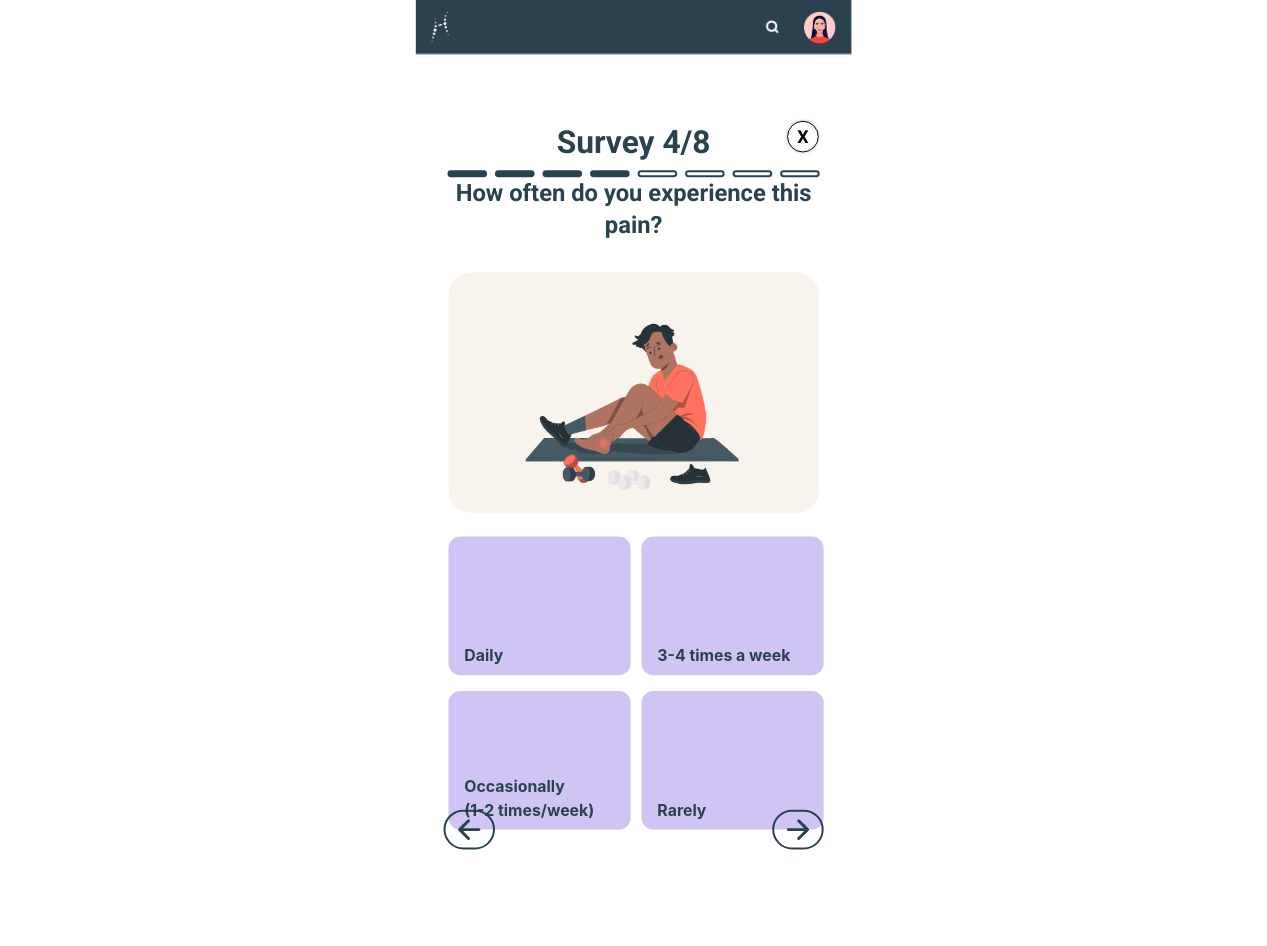
Repository: patcha-d3/heal_u
Page: /onboarding/step-two
An editor plug-in stored every save of this project. The page is shown before and after the next save, followed by the edit.
The browser window is 1280 px wide. The pictures show the whole page, at 99% of full size.
The project was rebuilt for these pictures with package versions that can differ from the ones it lists, and the page was loaded fresh each time. The framework's server and built-in components were replaced by stand-ins that run in the browser. Also part of the build but not shown: next.config.js, next.config.mjs, ui/Bottomnav/Bottomnav.module.css, ui/Bottomnav/Bottomnav.js, ui/SurveyProgress/Surveyprogress.css.

Above is the page before, as saved 2025-05-16 21:08:40.

### app/layout.js
"use client";

import { Geist, Geist_Mono } from "next/font/google";
import { Roboto } from "next/font/google";
import "./globals.css";
import { usePathname } from "next/navigation";
import { jsx as _jsxDEV } from "react/jsx-dev-runtime";
import { Fragment as _Fragment } from "react/jsx-runtime";
import { jsxs as _jsxsDEV } from "react/jsx-dev-runtime";
import TopNav from "@ui/Topnav/Topnav";
import Bottomnav from "@ui/Bottomnav/Bottomnav";
import { ThemeProvider, useTheme } from "@context/ThemeContext";

const geistSans = Geist({
	variable: "--font-geist-sans",
	subsets: ["latin"],
});

const geistMono = Geist_Mono({
	variable: "--font-geist-mono",
	subsets: ["latin"],
});

const roboto = Roboto({
	weight: ["300", "400", "500", "700"],
	subsets: ["latin"],
	display: "swap",
});

function ThemedContainer({ children }) {
	const { theme } = useTheme();
	const pathname = usePathname();
	const isHome = pathname === "/home";
	const isStepOne = pathname === "/onboarding/step-one";
	const isReDiagnoseFirst = pathname === "/re-diagnose";
	const bgColor =
		isHome || isStepOne || isReDiagnoseFirst
			? "#29424D"
			: theme === "dark"
			? "#29424D"
			: "#FFFFFF";
	return (
		<div className='min-h-screen w-full flex items-center justify-center'>
			<div
				className={`w-[440px] h-[956px] relative flex flex-col`}
				style={{ background: bgColor }}
			>
				{children}
			</div>
		</div>
	);
}

export default function RootLayout({ children }) {
	const pathname = usePathname();
	const isHome = pathname === "/home";
	const hideNav = pathname.startsWith("/plandetail");
	const showBottomNav =
		!pathname?.includes("/onboarding") &&
		!pathname?.startsWith("/recovery-plan/step-one") &&
		!pathname?.startsWith("/recovery-plan/step-two") &&
		!pathname?.startsWith("/recovery-plan/step-three") &&
		!pathname?.startsWith("/recovery-plan/step-four");
	const isStepOne = pathname?.includes("/onboarding/step-one");
	const isStepTwo = pathname?.includes("/onboarding/step-two");
	const isRecoveryStepOne = pathname?.includes("/recovery-plan/step-one");
	const isRecoveryStepTwo = pathname?.includes("/recovery-plan/step-two");
	const isStepThree = pathname?.includes("/onboarding/step-three");
	const isStepFour = pathname?.includes("/onboarding/step-four");
	const isReDiagnoseFirst = pathname === "/re-diagnose";

	return (
		<html lang='en'>
			<body
				className={`${geistSans.variable} ${geistMono.variable} ${roboto.className} antialiased`}
				suppressHydrationWarning
			>
				<ThemeProvider>
					<ThemedContainer>
						{!hideNav && (
							<TopNav
								isHome={isHome}
							/>
						)}
						<main className='flex-1 overflow-y-auto flex items-center justify-center'>
							{children}
						</main>
						{showBottomNav && (
							<div className='absolute bottom-0 left-0 right-0'>
								<Bottomnav />
							</div>
						)}
					</ThemedContainer>
				</ThemeProvider>
			</body>
		</html>
	);
}

### app/onboarding/step-two/page.js
"use client";

import React, { useState } from "react";
import ButtonSurvey from "@ui/Button-survey/Button-survey";
import Image from "next/image";
import ExitChip from "@ui/Exitchip/Exitchip";
import SurveyProgress from "@ui/SurveyProgress/SurveyProgress";
import ButtonBack from "@ui/Button-back/Button-back";
import ButtonForward from "@ui/Button-forward/Button-forward";
import { useRouter } from "next/navigation";

export default function RootPage() {
	const [selected, setSelected] = useState(null);
	const currentStep = 4;
	const totalSteps = 8;
	const router = useRouter();

	return (
		<div className='w-[406px] h-[800px] relative'>
			<ExitChip className='absolute top-[16px] right-[16px]' />
			<div className='absolute bottom-[48px] left-0 right-0 flex justify-between px-[11px]'>
				<ButtonBack
					onClick={() =>
						router.push(
							"/onboarding/step-one"
						)
					}
				/>
				<ButtonForward
					onClick={() =>
						router.push(
							"/onboarding/step-four"
						)
					}
				/>
			</div>
			<main className='h-full flex flex-col px-4 py-[18px]'>
				<SurveyProgress
					currentStep={currentStep}
					totalSteps={totalSteps}
				/>
				<h2 className='text-2xl font-semibold text-[#29424D] text-center'>
					How often do you experience this pain?
				</h2>

				{/* Image and Button Wrapper */}
				<div className='flex flex-col items-center gap-6 mt-8'>
					<Image
						src='/assets/survey-img.png'
						alt='Survey'
						width={400}
						height={260}
						className='rounded-lg'
					/>

					<div className='grid grid-cols-2 gap-4'>
						<ButtonSurvey
							label='Daily'
							active={
								selected ===
								"Daily"
							}
							onClick={() =>
								setSelected(
									"Daily"
								)
							}
						/>
						<ButtonSurvey
							label='3-4 times a week'
							active={
								selected ===
								"3-4 times a week"
							}
							onClick={() =>
								setSelected(
									"3-4 times a week"
								)
							}
						/>
						<ButtonSurvey
							label={
								<>
									Occasionally
									<br />
									(1-2
									times/week)
								</>
							}
							active={
								selected ===
								"Occasionally (1-2 times/week)"
							}
							onClick={() =>
								setSelected(
									"Occasionally (1-2 times/week)"
								)
							}
						/>
						<ButtonSurvey
							label='Rarely'
							active={
								selected ===
								"Rarely"
							}
							onClick={() =>
								setSelected(
									"Rarely"
								)
							}
						/>
					</div>
				</div>
			</main>
		</div>
	);
}

### ui/Topnav/Topnav.js
"use client";

import React, { useState } from "react";
import styles from "./TopNav.module.css";

export default function TopNav() {
	const [showSearch, setShowSearch] = useState(false);
	const [hasNotification, setHasNotification] = useState(false);

	return (
		<header
			className={styles.topBar}
			style={{
				borderBottom:
					"1px solid rgba(255, 255, 255, 0.5)",
			}}
		>
			<a href='/' className={styles.logoContainer}>
				<img
					src='/assets/logo.png'
					alt='Logo'
					className={styles.logoImg}
				/>
			</a>

			<div className={styles.iconContainer}>
				<div className={styles.searchWrapper}>
					{showSearch && (
						<div
							className={
								styles.searchBox
							}
						>
							<input
								type='text'
								className={
									styles.searchInput
								}
								placeholder='Search...'
								autoFocus
							/>
						</div>
					)}
					<img
						src='/assets/search.png'
						alt='Search'
						className={`${styles.iconImg} ${
							showSearch
								? styles.dark
								: ""
						}`}
						onClick={() =>
							setShowSearch(
								!showSearch
							)
						}
					/>
				</div>

				<div className={styles.avatarContainer}>
					<img
						src={
							hasNotification
								? "/assets/avatar-notification.png"
								: "/assets/avatar.png"
						}
						alt='Avatar'
						className={styles.avatarImg}
					/>
				</div>
			</div>
		</header>
	);
}

### context/ThemeContext.js
"use client";
import React, { createContext, useContext, useState, useEffect } from "react";

const ThemeContext = createContext();

export function ThemeProvider({ children }) {
	const [theme, setTheme] = useState("light");

	useEffect(() => {
		const stored =
			typeof window !== "undefined" &&
			localStorage.getItem("theme");
		if (stored) setTheme(stored);
	}, []);

	useEffect(() => {
		if (typeof window !== "undefined") {
			localStorage.setItem("theme", theme);
		}
	}, [theme]);

	return (
		<ThemeContext.Provider value={{ theme, setTheme }}>
			{children}
		</ThemeContext.Provider>
	);
}

export function useTheme() {
	return useContext(ThemeContext);
}

### ui/Button-survey/Button-survey.js
import React from 'react';
import styles from './Button-survey.module.css';


const ButtonSurvey = ({ label, active, onClick }) => (
  <button
    className={`${styles.surveyButton}${active ? ' ' + styles.active : ''}`}
    onClick={onClick}
  >
    {label}
  </button>
);

export default ButtonSurvey;

### ui/Exitchip/Exitchip.js
import styles from "./Exitchip.module.css";

export default function ExitChip({ className }) {
	return (
		<button className={`${styles.button} ${className || ""}`}>
			X
		</button>
	);
}

### ui/SurveyProgress/SurveyProgress.js
"use client";

import React from "react";
import "./SurveyProgress.css";

const SurveyProgress = ({ currentStep, totalSteps }) => {
	return (
		<div className='flex flex-col items-center gap-2'>
			<div className='text-[32px] leading-[40px] font-roboto font-bold text-[#29424D]'>
				Survey {currentStep}/{totalSteps}
			</div>
			<div className='flex gap-2'>
				{Array.from({ length: totalSteps }).map(
					(_, index) => (
						<div
							key={index}
							className={`w-10 h-[7px] rounded-lg ${
								index <
								currentStep
									? "bg-[#29424D]"
									: "border-2 border-[#29424D]"
							}`}
						/>
					)
				)}
			</div>
		</div>
	);
};

export default SurveyProgress;

### ui/Button-back/Button-back.js
"use client";

import React from "react";
import { IoArrowBack } from "react-icons/io5";
import styles from "./Button-back.module.css";

export default function ButtonBack({ onClick, className = "" }) {
	return (
		<button
			className={`${styles.backButton} ${className}`}
			onClick={onClick}
			aria-label='Go back'
			type='button'
		>
			<IoArrowBack className={styles.arrowIcon} />
		</button>
	);
}

### ui/Button-forward/Button-forward.js
"use client";

import React from "react";
import { IoArrowForward } from "react-icons/io5";
import styles from "./Button-forward.module.css";

export default function ButtonForward({ onClick, className = "" }) {
	return (
		<button
			className={`${styles.forwardButton} ${className}`}
			onClick={onClick}
			aria-label='Go forward'
			type='button'
		>
			<IoArrowForward className={styles.arrowIcon} />
		</button>
	);
}

### ui/Topnav/Topnav.module.css
.topBar {
	width: 440px;
	height: 55px;
	background-color: #2b414d;
	display: flex;
	align-items: center;
	justify-content: space-between;
	padding: 0 16px;
	margin: 0 auto;
	box-sizing: border-box;
	border-bottom: 1px solid #ffffff;
}

.logoImg {
	height: 30.56px;
	cursor: pointer;
}

.iconContainer {
	display: flex;
	align-items: center;
	gap: 16px;
}

.searchWrapper {
	display: flex;
	align-items: center;
	gap: 8px;
	position: relative;
}

.searchBox {
	background-color: white;
	width: 226px;
	height: 32px;
	border-radius: 24px;
	display: flex;
	align-items: center;
	padding: 0 5px;
	gap: 8px;
	transition: all 0.3s ease;
}

.searchInput {
	flex: 1;
	border: none;
	outline: none;
	font-size: 16px;
	background-color: transparent;
}

.iconImg {
	width: 32px;
	height: 32px;
	cursor: pointer;
	filter: brightness(200);
	transition: filter 0.3s ease;
}

.iconImg.dark {
	filter: brightness(0);
}

.avatarContainer {
	width: 32px;
	height: 34px;
	border-radius: 50%;
	overflow: hidden;
}

.avatarImg {
	width: 100%;
	height: 100%;
	object-fit: cover;
}

### ui/Button-survey/Button-survey.module.css
.surveyButton {
    background-color: #CFC4F4;
    color: #29424D;
    font-family: 'Inter', sans-serif;
    font-weight: bold;
    font-size: 16px;
    padding: 8px 16px;
    border: none;
    border-radius: 12px;
    cursor: pointer;
    transition: background-color 0.3s, color 0.3s;
    width: 184px;
    height: 140px;
    display: flex;
    align-items: flex-end;
    justify-content: flex-start;
    text-align: left;
}

.surveyButton.active {
    background-color: #29424D;
    color: #CFC4F4;
}

### ui/Exitchip/Exitchip.module.css
.button {
    background-color: white;
    color: black;
    border: 1px solid black;
    border-radius: 50%;
    width: 32px;
    height: 32px;
    font-size: 18px;
    font-weight: bold;
    text-align: center;
    cursor: pointer;
    box-shadow: 0 0 4px rgba(0,0,0,0.2);
    transition: all 0.2s ease-in-out;
    line-height: 28px;
    padding: 0;
  }

  .button:hover {
    background-color: #f0f0f0;
    border-color: black;
  }

### ui/Button-back/Button-back.module.css
.backButton {
	background: none;
	border: 2px solid #29424d;
	border-radius: 24px;
	padding: 0;
	cursor: pointer;
	outline: none;
	display: flex;
	align-items: center;
	justify-content: center;
	width: 52px;
	height: 40px;
}

.arrowIcon {
	width: 32px;
	height: 32px;
	color: #29424d;
	transition: transform 0.2s ease;
}

.backButton:hover .arrowIcon {
	transform: translateX(-4px);
}

### ui/Button-forward/Button-forward.module.css
.forwardButton {
	background: none;
	border: 2px solid #29424d;
	border-radius: 24px;
	padding: 0;
	cursor: pointer;
	outline: none;
	display: flex;
	align-items: center;
	justify-content: center;
	width: 52px;
	height: 40px;
}

.arrowIcon {
	width: 32px;
	height: 32px;
	color: #29424d;
	transition: transform 0.2s ease;
}

.forwardButton:hover .arrowIcon {
	transform: translateX(4px);
}

Loaded but not shown: app/globals.css (common file)

After the next save:
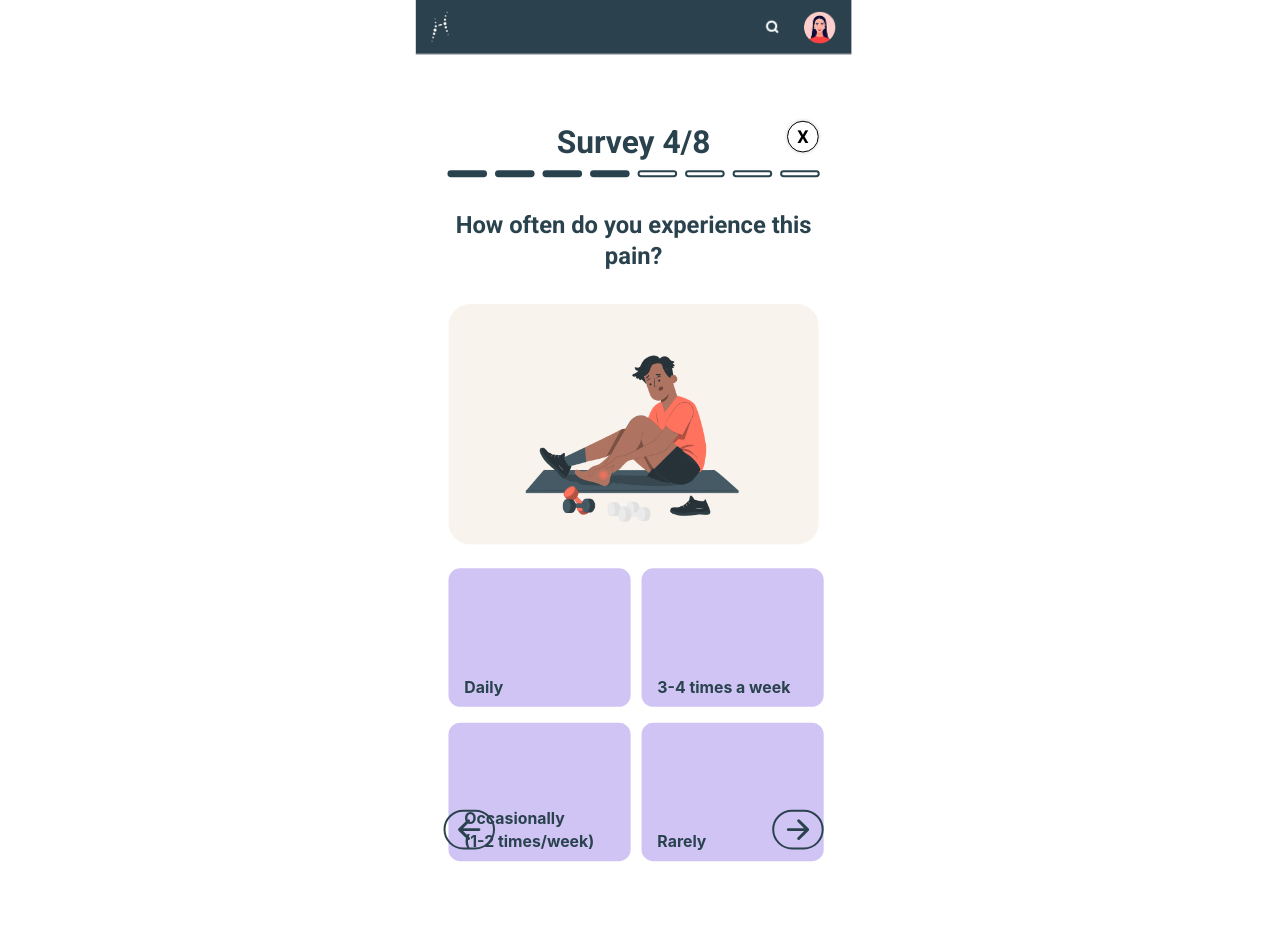
Saved 72 s later.
--- a/app/onboarding/step-two/page.js
+++ b/app/onboarding/step-two/page.js
@@ -39,7 +39,7 @@ export default function RootPage() {
 					currentStep={currentStep}
 					totalSteps={totalSteps}
 				/>
-				<h2 className='text-2xl font-semibold text-[#29424D] text-center'>
+				<h2 className='text-2xl font-semibold text-[#29424D] text-center gap-6 mt-8'>
 					How often do you experience this pain?
 				</h2>
 
